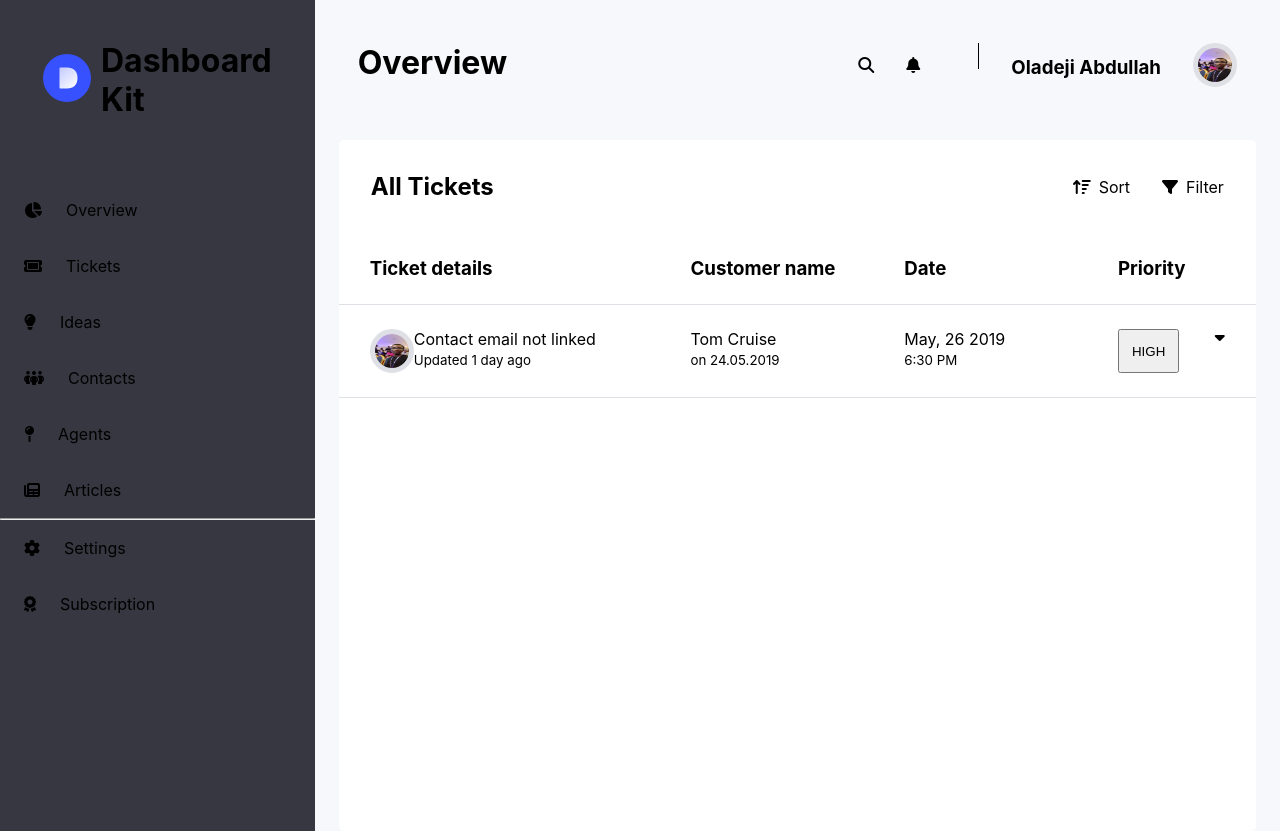
Repository: BuduCE/dashboard
Page: /
An editor plug-in stored every save of this project. The page is shown before and after the next save, followed by the edit.
The browser window is 1280 px wide. The pictures show the whole page.
Some web libraries are served in a nearby version. The project was rebuilt for these pictures with package versions that can differ from the ones it lists, and the page was loaded fresh each time. Also part of the build but not shown: src/pages/Overview/index.jsx.

Above is the page before, as saved 2022-08-05 00:08:18.

### public/index.html
<!DOCTYPE html>
<html lang="en">
  <head>
    <meta charset="utf-8" />
    <link rel="icon" href="%PUBLIC_URL%/favicon.ico" />
    <meta name="viewport" content="width=device-width, initial-scale=1" />
    <meta name="theme-color" content="#000000" />
    <meta
      name="description"
      content="Web site created using create-react-app"
    />
    <link rel="apple-touch-icon" href="%PUBLIC_URL%/logo192.png" />
    <!--
      manifest.json provides metadata used when your web app is installed on a
      user's mobile device or desktop. See https://developers.google.com/web/fundamentals/web-app-manifest/
    -->
    <link rel="manifest" href="%PUBLIC_URL%/manifest.json" />
    <!--
      Notice the use of %PUBLIC_URL% in the tags above.
      It will be replaced with the URL of the `public` folder during the build.
      Only files inside the `public` folder can be referenced from the HTML.

      Unlike "/favicon.ico" or "favicon.ico", "%PUBLIC_URL%/favicon.ico" will
      work correctly both with client-side routing and a non-root public URL.
      Learn how to configure a non-root public URL by running `npm run build`.
    -->

    <!-- Font-Awesome  -->
    <link
      rel="stylesheet" href="https://cdnjs.cloudflare.com/ajax/libs/font-awesome/6.1.1/css/all.min.css" integrity="sha512-KfkfwYDsLkIlwQp6LFnl8zNdLGxu9YAA1QvwINks4PhcElQSvqcyVLLD9aMhXd13uQjoXtEKNosOWaZqXgel0g==" crossorigin="anonymous" referrerpolicy="no-referrer"
    />
    <title>Admin Dashboard</title>
  </head>
  <body>
    <noscript>You need to enable JavaScript to run this app.</noscript>
    <div id="root"></div>
    <!--
      This HTML file is a template.
      If you open it directly in the browser, you will see an empty page.

      You can add webfonts, meta tags, or analytics to this file.
      The build step will place the bundled scripts into the <body> tag.

      To begin the development, run `npm start` or `yarn start`.
      To create a production bundle, use `npm run build` or `yarn build`.
    -->
  </body>
</html>

### src/index.css
* {
  margin: 0;
  padding: 0;
  box-sizing: border-box;
}
body {
  margin: 0;
  font-family: -apple-system, BlinkMacSystemFont, 'Segoe UI', 'Roboto', 'Oxygen',
    'Ubuntu', 'Cantarell', 'Fira Sans', 'Droid Sans', 'Helvetica Neue',
    sans-serif;
  -webkit-font-smoothing: antialiased;
  -moz-osx-font-smoothing: grayscale;
  background: rgba(54, 55, 64, 1);
}

code {
  font-family: source-code-pro, Menlo, Monaco, Consolas, 'Courier New',
    monospace;
}

### src/App.js
import './App.css';
// import Overview from './pages/Overview';
// import Header from './components/common/Header';
import Sidenav from './components/common/SideNav';
// import Login from './pages/Login';

function App() {
  return (
    <div className="App">
      <Sidenav />
      {/* <Login /> */}
    </div>
  );
}

export default App;

### src/components/common/SideNav/index.jsx
import React from 'react'
import Overview from '../../../pages/Overview'
import Tickets from '../../../pages/Tickets'
import Header from '../Header'
import Logo from '../Logo'
import './styles.css'

const Sidenav = () => {
  return (
    <div className='dashboard'>
        <div className="navbar">
            <div className="logo">
                <Logo />
                <h1>Dashboard Kit</h1>
            </div>
            <div className="heading">
                <i className='fas fa-chart-pie'></i>
                <p>Overview</p>
            </div>
            <div className="heading">
                <i className='fas fa-ticket'></i>
                <p>Tickets</p>
            </div>
            <div className="heading">
                <i className='fas fa-lightbulb'></i>
                <p>Ideas</p>
            </div>
            <div className="heading">
                <i className='fas fa-people-group'></i>
                <p>Contacts</p>
            </div>
            <div className="heading">
                <i className='fas fa-map-pin'></i>
                <p>Agents</p>
            </div>
            <div className="heading">
                <i className='fas fa-newspaper'></i>
                <p>Articles</p>
            </div>
            <hr />
            <div className="heading">
                <i className='fas fa-gear'></i>
                <p>Settings</p>
            </div>
            <div className="heading">
                <i className='fas fa-award'></i>
                <p>Subscription</p>
            </div>

        </div>
        <div className="info">
            {/* <Header /> */}
            {/* <Overview /> */}
            <Tickets />
        </div>
    </div>
  )
}

export default Sidenav

### src/pages/Tickets/index.jsx
import React from 'react'
import Header from '../../components/common/Header'
import './styles.css'
import Budu from './budu.jpg'

const Tickets = () => {
  return (
    <div>
        <Header />

        <div className='ticket_pg'>
            <div className="ticket_title">
                <div className="titleL">
                    <h2>All Tickets</h2>
                </div>
                <div className="titleR">
                    <div className="titleR_icon">
                        <i className='fas fa-arrow-up-wide-short'></i>
                        <p>Sort</p>
                    </div>
                    <div className="titleR_icon">
                        <i className='fas fa-filter'></i>
                        <p>Filter</p>
                    </div>
                </div>
            </div>

            <div className="ticket_tab">
                <div className="tab_info">
                    <h3>Ticket details</h3>
                    <h3>Customer name</h3>
                    <h3>Date</h3>
                    <h3>Priority</h3>
                </div>
                <div className="tab_info">
                        <div className="info_title">
                            <img src={Budu} alt="" />

                            <div>
                                <p>Contact email not linked</p>
                                <small>Updated 1 day ago</small>
                            </div>
                        </div>
                        <div className="info_name">
                            <p>Tom Cruise</p>
                            <small>on 24.05.2019</small>
                        </div>
                        <div className="info_date">
                            <p>May, 26 2019</p>
                            <small>6:30 PM</small>
                        </div>
                        <div className="info_status">
                            <button>HIGH</button>
                            <i className='fas fa-caret-down'></i>
                        </div>

                </div>
            </div>
        </div>
    </div>
  )
}

export default Tickets

### src/components/common/Header/index.jsx
import React from 'react'
import './styles.css'
import budu from './budu.jpg'

const Header = () => {
  return (
    <div className='head_er'>
        <div className="headerL">
            <h1>Overview</h1>
        </div>
        <div className="headerR">
            <i className='fas fa-magnifying-glass icon'></i>
            <i className='fas fa-bell icon bell'></i>
            <h3>Oladeji Abdullah</h3>
            <img src={budu} alt="" />
        </div>
    </div>
  )
}

export default Header

### src/components/common/Logo/index.jsx
import React from 'react'
import companyLogo from './logo.svg'

const Logo = () => {
  return (
    <div>
        <img src={companyLogo} alt="" />
    </div>
  )
}

export default Logo

### src/components/common/SideNav/styles.css
.dashboard{
    display: grid;
    grid-template-columns: 1fr 4fr;
}
.navbar{
    padding: 41px 0;
}
.logo{
    display: flex;
    padding: 43px 43px;
    padding-bottom: 63px;
    padding-top: 0;
    align-items: center;
}
.logo h1{
    margin-left: 10px;
}
.heading{
    width: 100%;
    display: flex;
    padding: 18px 24px;
    align-items: center;
}
.heading p{
    margin-left: 24px;
}
.heading:hover{
    border-left: 1px solid #fff;
    color: #fff;
}
.info{
    background: #F7F8FC;
    /* height: 100vh; */
}

### src/pages/Overview/styles.css
.overview_pg{
    margin-top: 54px;
}
.overview_stat{
    display: grid;
    grid-template-columns: 1fr 1fr 1fr 1fr;
    /* justify-content: space-evenly; */
    width: 100%;
}
.overview_info{
    display: flex;
    flex-direction: column;
    text-align: center;
    /* border: 1px solid; */
    border-radius: 5px;
    padding: 24px 32px;
    background: #fff;
    box-shadow: 15px;
    width: 55%;
    margin: auto;
}
.overview_info:hover{
    color: blue;
    border: 1px blue solid;
}
.overview_info p{
    padding-bottom: 12px;
}

/* trend  */
.trends{
    width: 90%;
    background: #fff;
    margin: auto;
    border-radius: 5px;
    height: 80vh;
    margin-top: 30px;
    display: grid;
    grid-template-columns: 2fr 1fr;
    margin-top: 30px;
}
.trends_head{
    padding: 32px;
}
.trend_title_stat{
    display: flex;
    justify-content: space-between;
}
.trend_day{
    display: flex;
    justify-content: space-evenly;
}
.trends_headB img{
    width: 100%;
    margin-top: 54px;
    height: 55vh;
}

/* summary  */
.trends_summary{
    display: grid;
    grid-template-rows: 1fr 1fr 1fr 1fr 1fr;
}
.summary_type{
    padding: 28px;
    border-left: 1px solid #dfe0e5;
    border-bottom: 1px solid #dfe0e5;
    text-align: center;
}
.summary_type p{
    margin-bottom: 6px;
}

/* Tickets */
.ticket_n_task{
    display: grid;
    grid-template-columns: 1fr 1fr;
    width: 90%;
    margin: auto;
    margin-top: 30px;
    margin-bottom: 30px;
}
.ticket{
    margin-right: 50px;
}
.task{
    margin-left: 50px;
}
.ticket,.task{
    border-radius: 5px;
    background: #fff;
}
.ticket_head{
    padding: 32px;
    margin-bottom: 8px;
    width: 80%;
    height: 10vh;
}
.ticket_title{
    display: flex;
    justify-content: space-between;
    align-items: center;
}
.ticket_list a{
    text-decoration: none;
    display: flex;
    justify-content: space-between;
    align-items: center;
    padding: 20px 32px;
    border-bottom: 1px solid #F7F8FC;
    margin-top: 36px;
    align-items: center;
}
.task_todo{
    align-items: center;
}
.task_todo label{
    margin-left: 8px;
}

### src/pages/Tickets/styles.css
.ticket_pg{
    background: #fff;
    border-radius: 5px;
    height: 96vh;
    width: 95%;
    margin: auto;
    margin-top: 54px;
}
.ticket_title{
    display: flex;
    justify-content: space-between;
    padding: 32px;
}
.titleR, .titleR_icon{
    display: flex;
    justify-content: space-between;
    align-items: center;
    margin-left: 32px;
}
.titleR_icon p{
    margin-left: 8px;
}
/* .tab_head{
    display: grid;
    grid-template-columns: 3fr 2fr 2fr 1fr;
    margin: auto;
    padding: 0 77px 12px 31px;
    border-bottom: 1px solid #dfe0e5;
} */
.tab_info{
    display: grid;
    grid-template-columns: 3fr 2fr 2fr 1fr;
    margin: auto;
    padding: 24px 31px;
    border-bottom: 1px solid #dfe0e5;
}
.info_title{
    display: grid;
    grid-template-columns: 1fr 7fr;
}
.info_title img{
    width: 44px;
    height: 44px;
    border: 5px solid #dfe0e5;
    border-radius: 50%;
}
.ticket_tab{
    margin: auto;
}
.info_status{
    display: flex;
    /* grid-template-columns: 1fr 1fr; */
    justify-content: space-between;
}
.info_status button{
    padding: 5px 12px;
    border-radius: %;
}

### src/components/common/Header/styles.css
.head_er{
    display: flex;
    justify-content: space-between;
    width: 100%;
    height: 10vh;
    padding: 43px 43px;
}
.headerR{
    display: flex;
    justify-content: space-between;
    /* align-items: center; */
}
.icon{
    width: 16px;
    height: 16px;
    padding: 14px 24px;
}
.bell{
    padding-right: 72px;
}
.headerR h3{
    padding: 13px 32px;
    border-left: 1px solid #000;
}
.headerR img{
    width: 44px;
    height: 44px;
    border-radius: 50%;
    border: 5px solid #dfe0e5;
}

Loaded but not shown: src/index.js (common file); src/reportWebVitals.js (common file); src/App.css (common file)

After the next save:
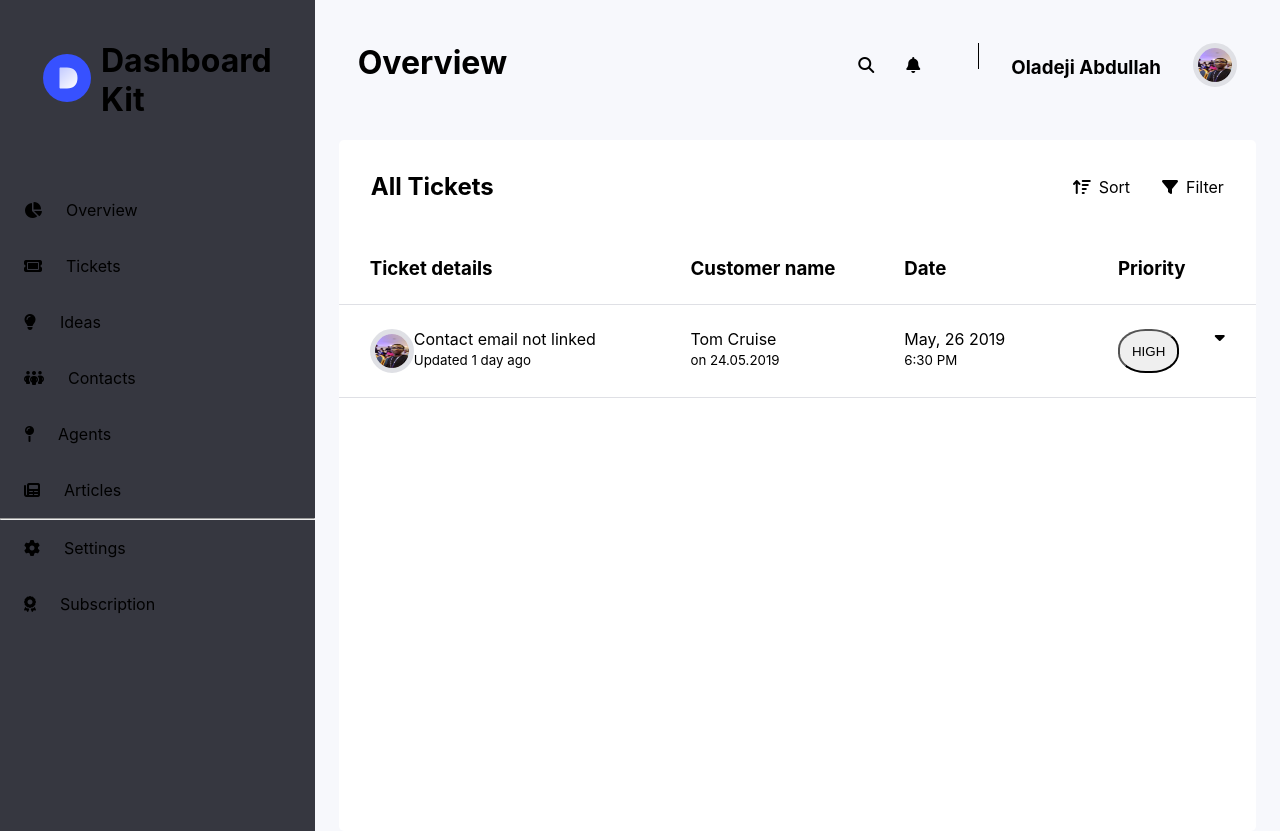
Saved 4 s later.
--- a/src/pages/Tickets/styles.css
+++ b/src/pages/Tickets/styles.css
@@ -54,5 +54,5 @@
 }
 .info_status button{
     padding: 5px 12px;
-    border-radius: %;
+    border-radius: 45%;
 }
